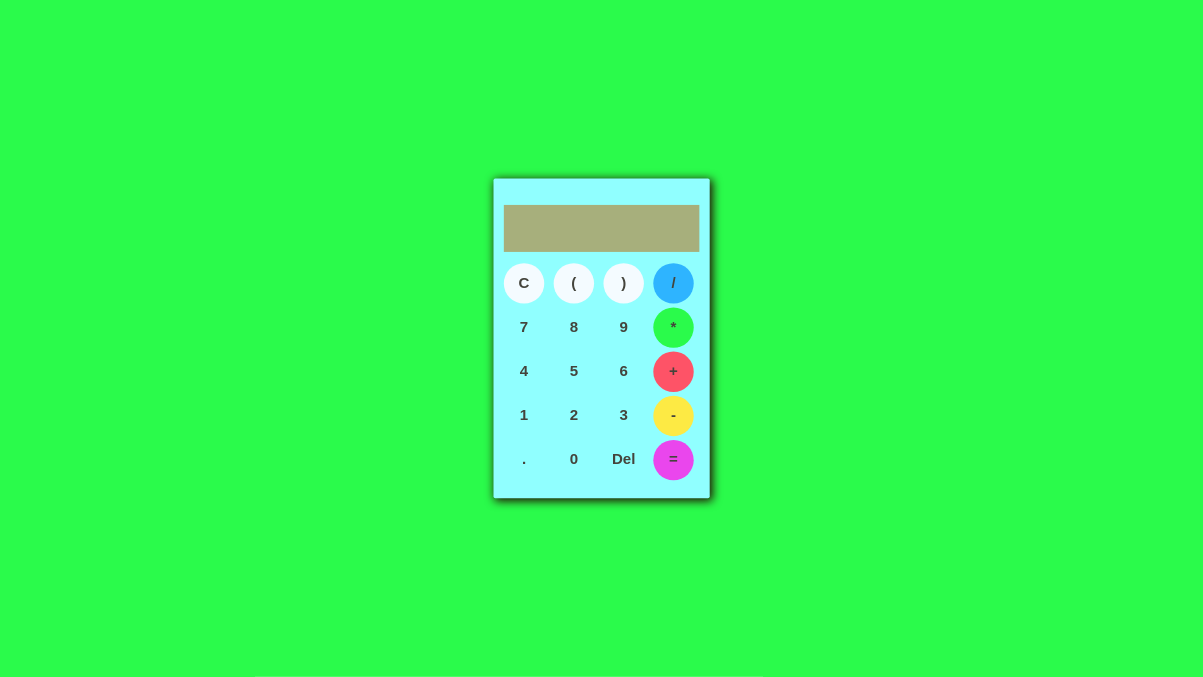
Repository: ServerK001/CalcJsVanilha
Page: index.html
These files come from the project's save history. The page is drawn as it stood at one moment and after the next save; the edit follows.
The browser window is 1280 px wide. The pictures show the whole page, at 94% of full size.

Above is the page before, as saved 2022-02-15 18:37:16.

### index.html
<!DOCTYPE html>
<html lang="pt-br">
<head>
    <meta charset="UTF-8">
    <meta http-equiv="X-UA-Compatible" content="IE=edge">
    <meta name="viewport" content="width=device-width, initial-scale=1.0">
    <script src="index.js" ></script>
    <link rel="stylesheet" href="style.css">


    <title>Calculadora</title>
</head>
<body>

        <section class="conteiner">


            <table class="calculadora">
                <tr>
                    <td colspan="4"><input type="text" class="display"></td>
                </tr>

                <tr>
                    <td><button class="btn btn_1 btn-clear">C</button></td>
                    <td><button class="btn btn_1 btn-num">(</button></td>
                    <td><button class="btn btn_1 btn-num">)</button></td>
                    <td><button class="btn btn_2 btn-num">/</button></td>
                </tr>

                <tr>
                    <td><button class="btn btn-num">7</button></td>
                    <td><button class="btn btn-num">8</button></td>
                    <td><button class="btn btn-num">9</button></td>
                    <td><button class="btn btn_3 btn-num">*</button></td>
                </tr>
                <tr>
                    <td><button class="btn btn-num">4</button></td>
                    <td><button class="btn btn-num">5</button></td>
                    <td><button class="btn btn-num">6</button></td>
                    <td><button class="btn btn_4 btn-num">+</button></td>
                </tr>
                <tr>
                    <td><button class="btn btn-num">1</button></td>
                    <td><button class="btn btn-num">2</button></td>
                    <td><button class="btn btn-num">3</button></td>
                    <td><button class="btn btn_5 btn-num">-</button></td>
                </tr>
                <tr>
                    <td><button class="btn  btn-num">.</button></td>
                    <td><button class="btn btn-num">0</button></td>
                    <td><button class="btn btn-del">Del</button></td>
                    <td><button class="btn btn_6 btn-num">=</button></td>
                </tr>

            </table>


        </section>

</body>
</html>

### index.js
console.log('Olá mundo')

### style.css
@font-face { font-family: DisplayOFT;
    src: url('./font/DisplayOTF.otf'); }

:root{
    --btn: #44443c;
    --font-display:#435338;
    --displayBG:#a7af7c;
    --bgCalc:#90FFFF;
    --bgConteiner:#5b5b5b;

    /*Bootuns Colors*/

    --btn_1:#F4FBFF;
    --btn_2:#2EB4FF;
    --btn_3:#2AFB4B;
    --btn_4:#FE5367;
    --btn_5:#FDEA44;
    --btn_6:#EA46ED;
    --btnHover: #c5e9fd;




}

.display{

    font-size: 1rem;
    width: 100%;
    height: 50px;
    text-align: right;
    font-family: "DisplayOFT";
    font-size: 1.5rem;
    color: var(--font-display);
    background-color: var(--displayBG);

        border: none;
}

input[type=text] {
    width: 100%;
    padding: 12px 20px;
    margin: 8px 0;
    box-sizing: border-box;
    transition: 0.3s;

  }
  input[type=text]:focus {
        height: 52px;

  }

.btn{
    font-size: 1rem;
    font-weight: bold;
    color:var(--btn);
    background-color: var(--bgBtn);
    padding: 0.5rem ;
    border-radius: 50%;
    align-items: center;
    border: none;
    height: 43px;
    width: 43px;
    text-align: center;
    transition: 0.3s;
}.btn:hover{
    background-color: var(--btnHover) ;
}


.calculadora{
    display: flex;
    align-items: center;
    justify-content: center;
    background-color: var(--bgCalc);
    padding: 0.5rem;
    height: 340px;
    width: 230px;
    border-radius: 2px;
    box-shadow: 2px 2px 10px 1px #240502;

}


.body{
    background-color: var(--bgConteiner);
    padding: 1rem;
}

.btn_1{background-color:var(--btn_1)}
.btn_2{background-color:var(--btn_2)}
.btn_3{background-color:var(--btn_3)}
.btn_4{background-color:var(--btn_4)}
.btn_5{background-color:var(--btn_5)}
.btn_6{background-color:var(--btn_6)}

.conteiner{
    display: flex;
    align-items: center;
    justify-content: center;
    height: 100vh;
    background-color: #2AFB4B;
}




html, body{
    box-sizing:none;
    margin: 0 auto;
    border: none;
    padding: 0;
    line-height: 1;


}

.vidro{
	width: 30rem;
	height: 20rem;
	box-shadow: 0 0 1rem 0 rgba(0, 0, 0, .2);
	border-radius: 5px;
	position: relative;
	z-index: 1;
	background: inherit;
	overflow: hidden;
}

.container:before {
	content: "";
	position: absolute;
	background: inherit;
	z-index: -1;
	top: 0;
	left: 0;
	right: 0;
	bottom: 0;
	box-shadow: inset 0 0 2000px rgba(255, 255, 255, .5);
	filter: blur(10px);
	margin: -20px;
}

After the next save:
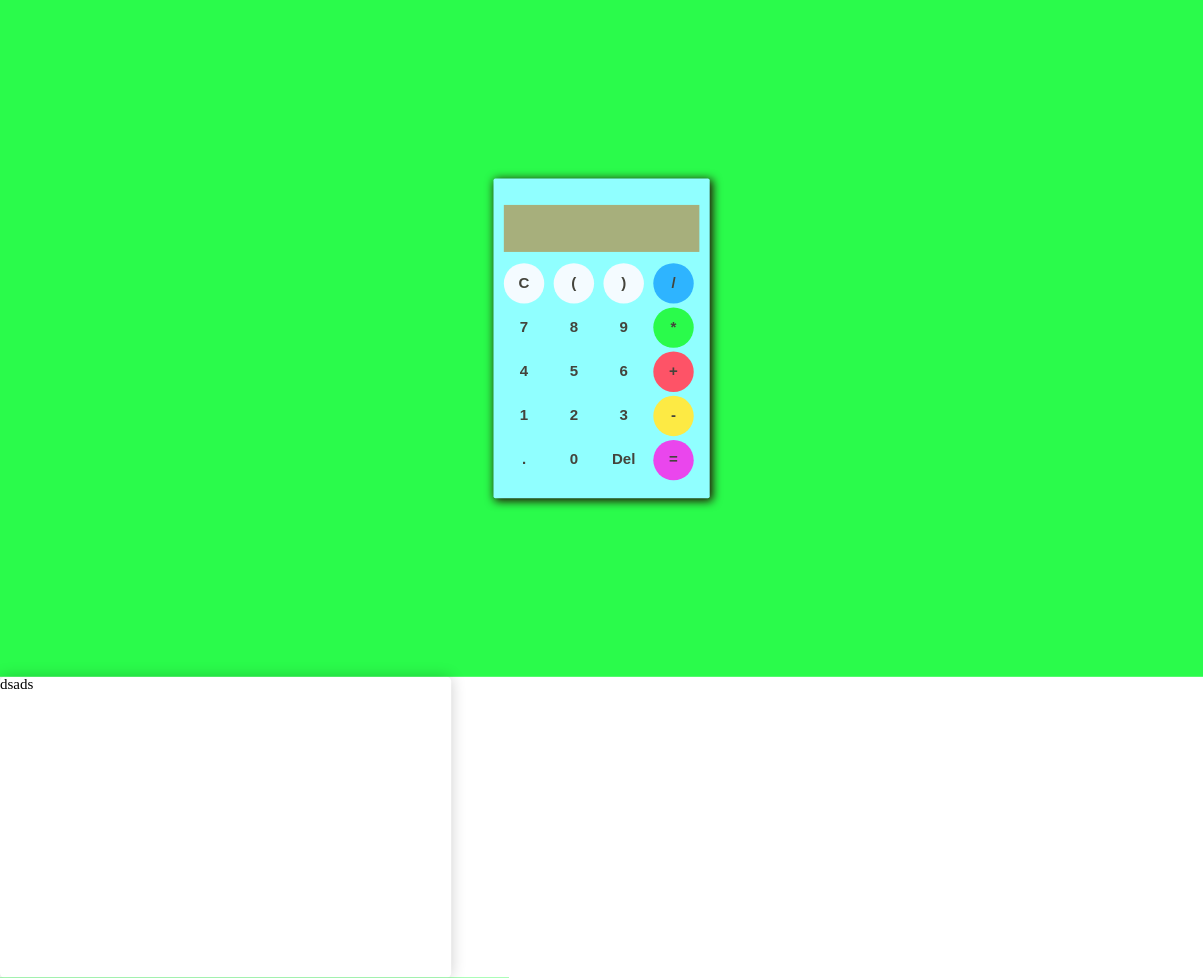
Saved 4 s later.
--- a/index.html
+++ b/index.html
@@ -57,5 +57,9 @@
 
         </section>
 
+        <div class="vidro">
+            dsads
+        </div>
+
 </body>
 </html>
